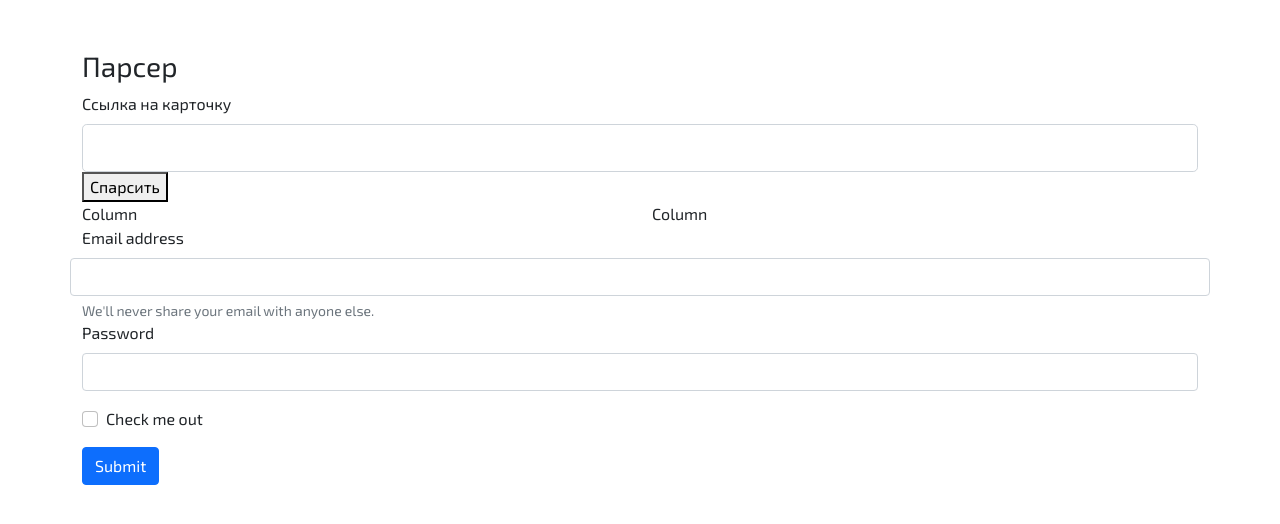
Repository: yozuul/wildberries-product-card-parser-api-exchange
Page: public/index.html
An editor plug-in stored every save of this project. The page is shown before and after the next save, followed by the edit.
The browser window is 1280 px wide. The pictures show the whole page.

Above is the page before, as saved 2021-08-18 18:56:46.

### public/index.html
<!DOCTYPE html>
<html lang="en">

<head>
   <meta charset="UTF-8">
   <meta http-equiv="X-UA-Compatible" content="IE=edge">
   <meta name="viewport" content="width=device-width, initial-scale=1.0">
   <title>Document</title>
   <link href="https://cdn.jsdelivr.net/npm/bootstrap@5.1.0/dist/css/bootstrap.min.css" rel="stylesheet" integrity="sha384-KyZXEAg3QhqLMpG8r+8fhAXLRk2vvoC2f3B09zVXn8CA5QIVfZOJ3BCsw2P0p/We" crossorigin="anonymous">
   <link rel="stylesheet" href="style.css">

</head>

<body>
   <div class="container">
      <div class="row parser_form_wrapper">
         <div class="col">
            <h3>Парсер</h3>
            <form name="parseForm">
               <label for="exampleFormControlInput1" class="form-label">Ссылка на карточку</label>
               <input class="form-control form-control-lg" type="text" id="cardURL">
               <button id="parseData">Спарсить</button>
            </form>
         </div>
      </div>
      <div class="row">
        <div class="col">
          Column
        </div>
        <div class="col">
          Column
        </div>
      </div>
    </div>

    <form class="container">
       <div class="row">
         <label for="exampleInputEmail1" class="form-label">Email address</label>
         <input type="email" class="form-control" id="exampleInputEmail1" aria-describedby="emailHelp">
         <div id="emailHelp" class="form-text">We'll never share your email with anyone else.</div>
       </div>
       <div class="mb-3">
         <label for="exampleInputPassword1" class="form-label">Password</label>
         <input type="password" class="form-control" id="exampleInputPassword1">
       </div>
       <div class="mb-3 form-check">
         <input type="checkbox" class="form-check-input" id="exampleCheck1">
         <label class="form-check-label" for="exampleCheck1">Check me out</label>
       </div>
       <button type="submit" class="btn btn-primary">Submit</button>

       </div>
      <div class="mb-3">
    </form>

   <!-- <form class="productFormWrapper">
      <div class="productFormWrapperLeft productForm">
            <h3>Данные о товаре</h3>
            <div class="inputWrapper">
               <p>Название товара</p>
               <input type="text" name="productName" id="productName">
            </div>
            <div class="inputWrapper">
               <p>Описание товара</p>
               <textarea name="productDesc" id="productDesc"></textarea>
            </div>
            <div class="inputWrapper">
               <p>Бренд</p>
               <input type="text" name="productBrand" id="productBrand">
            </div>
            <div class="inputWrapper">
               <p>Цена</p>
               <input type="text" name="productPrice" id="productPrice">
            </div>
            <div class="inputWrapper">
               <p>Изображения</p>
            </div>
      </div>
      <div class="productFormWrapperRight productForm">
         <h3>Описание и характеристики</h3>
      </div>
   </form> -->
   <script src="index.js"></script>
</body>

</html>

### public/style.css
@import url('https://fonts.googleapis.com/css2?family=Exo+2&display=swap');

* {
   font-family: 'Exo 2', sans-serif;
}

body {
   padding: 0;
   margin: 0;
}

.parser_form_wrapper {
   margin-top: 50px;
}
/* .productFormWrapper, .parseFormWrapper {
   max-width: 1200px;
   margin: auto;
   padding-top: 25px;
   padding-bottom: 25px;
}
.parseFormWrapper {
   border-bottom: 1px dotted #9999;
}
.productFormWrapper {
   display: flex;
}
.productFormWrapperLeft {
   margin-right: 50px;
}
.parseForm {
   display: flex;
   flex-wrap: wrap;
   max-width: 550px;
}
.parseForm input {
   width: 550px;
   margin-bottom: 20px;
}
.productForm {
}
.productForm input, .productForm textarea {
   width: 550px;
}
.productForm textarea {
   height: 100px;
   resize: none;
}
.parseFormWrapper p, .productFormWrapper p {
   margin-bottom: 8px;
   margin-top: 0;
}
.inputWrapper {
   margin-bottom: 15px;
} */

Loaded but not shown: index.js (no copy from this time; the picture is the same without it)

After the next save:
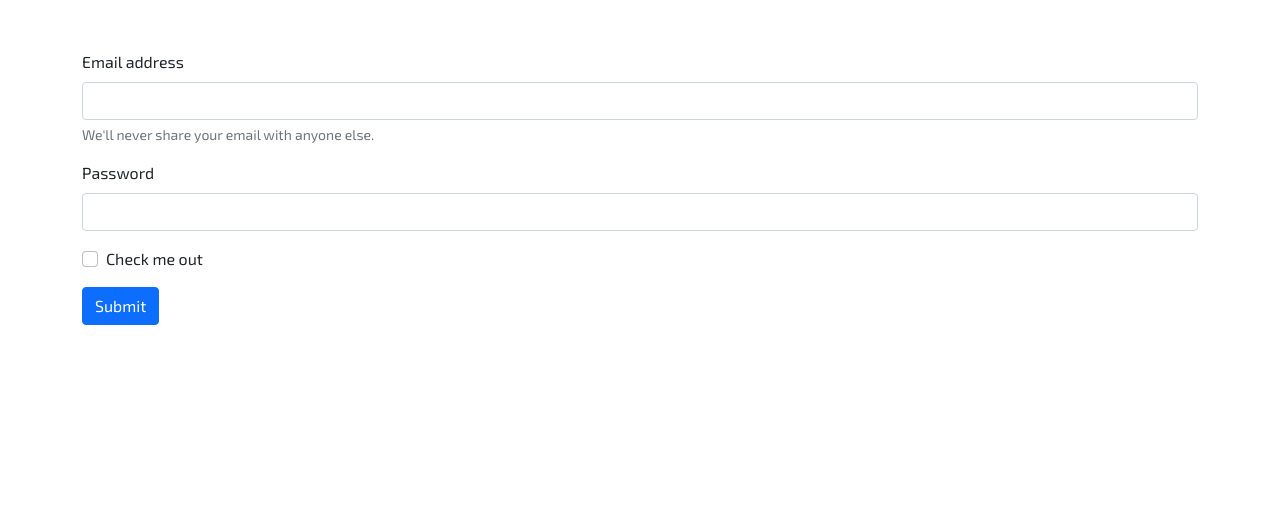
Saved 26 s later.
--- a/public/index.html
+++ b/public/index.html
@@ -14,16 +14,32 @@
 <body>
    <div class="container">
       <div class="row parser_form_wrapper">
-         <div class="col">
+         <form>
+            <div class="mb-3">
+              <label for="exampleInputEmail1" class="form-label">Email address</label>
+              <input type="email" class="form-control" id="exampleInputEmail1" aria-describedby="emailHelp">
+              <div id="emailHelp" class="form-text">We'll never share your email with anyone else.</div>
+            </div>
+            <div class="mb-3">
+              <label for="exampleInputPassword1" class="form-label">Password</label>
+              <input type="password" class="form-control" id="exampleInputPassword1">
+            </div>
+            <div class="mb-3 form-check">
+              <input type="checkbox" class="form-check-input" id="exampleCheck1">
+              <label class="form-check-label" for="exampleCheck1">Check me out</label>
+            </div>
+            <button type="submit" class="btn btn-primary">Submit</button>
+          </form>
+         <!-- <div class="col">
             <h3>Парсер</h3>
             <form name="parseForm">
                <label for="exampleFormControlInput1" class="form-label">Ссылка на карточку</label>
                <input class="form-control form-control-lg" type="text" id="cardURL">
                <button id="parseData">Спарсить</button>
             </form>
-         </div>
+         </div> -->
       </div>
-      <div class="row">
+      <!-- <div class="row">
         <div class="col">
           Column
         </div>
@@ -51,7 +67,7 @@
 
        </div>
       <div class="mb-3">
-    </form>
+    </form> -->
 
    <!-- <form class="productFormWrapper">
       <div class="productFormWrapperLeft productForm">
